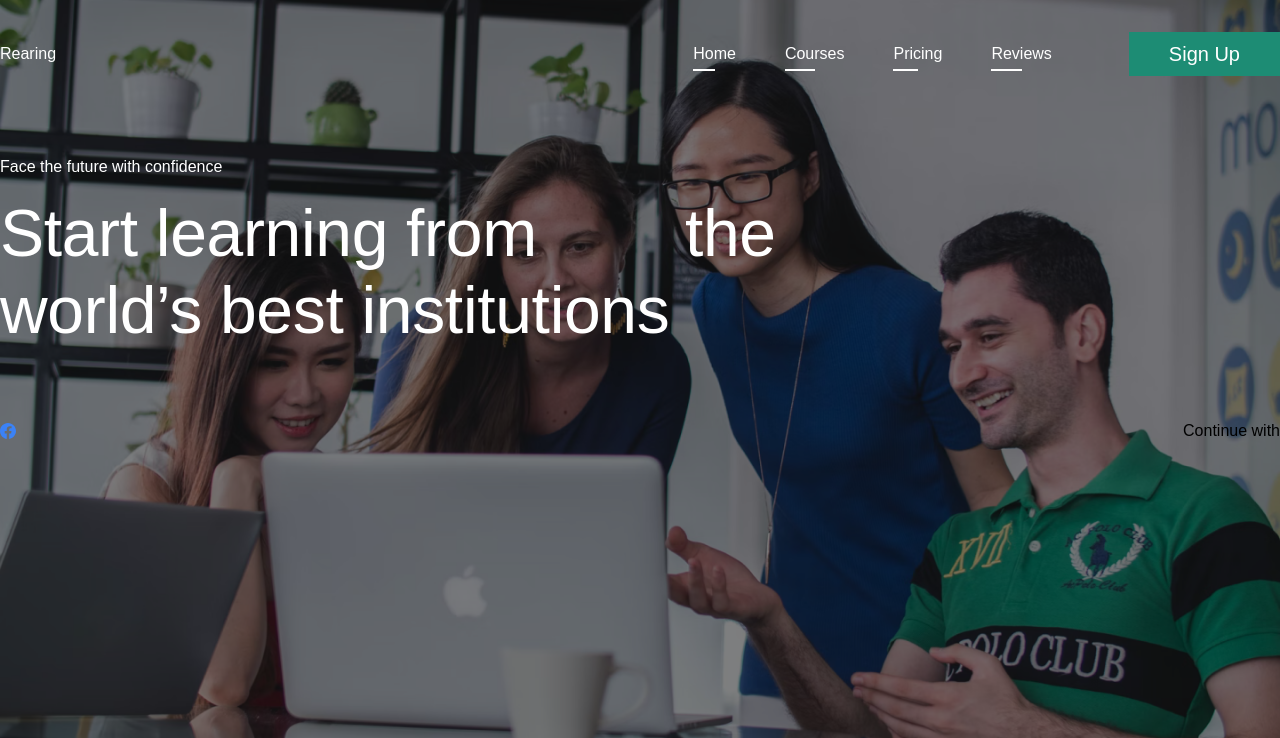
Repository: vandangnhathung/educationplatform
Page: /
These files come from the project's save history. The page is drawn as it stood at one moment and after the next save; the edit follows.
The browser window is 1280 px wide. The pictures show the whole page.
The project was rebuilt for these pictures with package versions that can differ from the ones it lists, and the page was loaded fresh each time.

Above is the page before, as saved 2022-06-20 23:24:25.

After the next save:
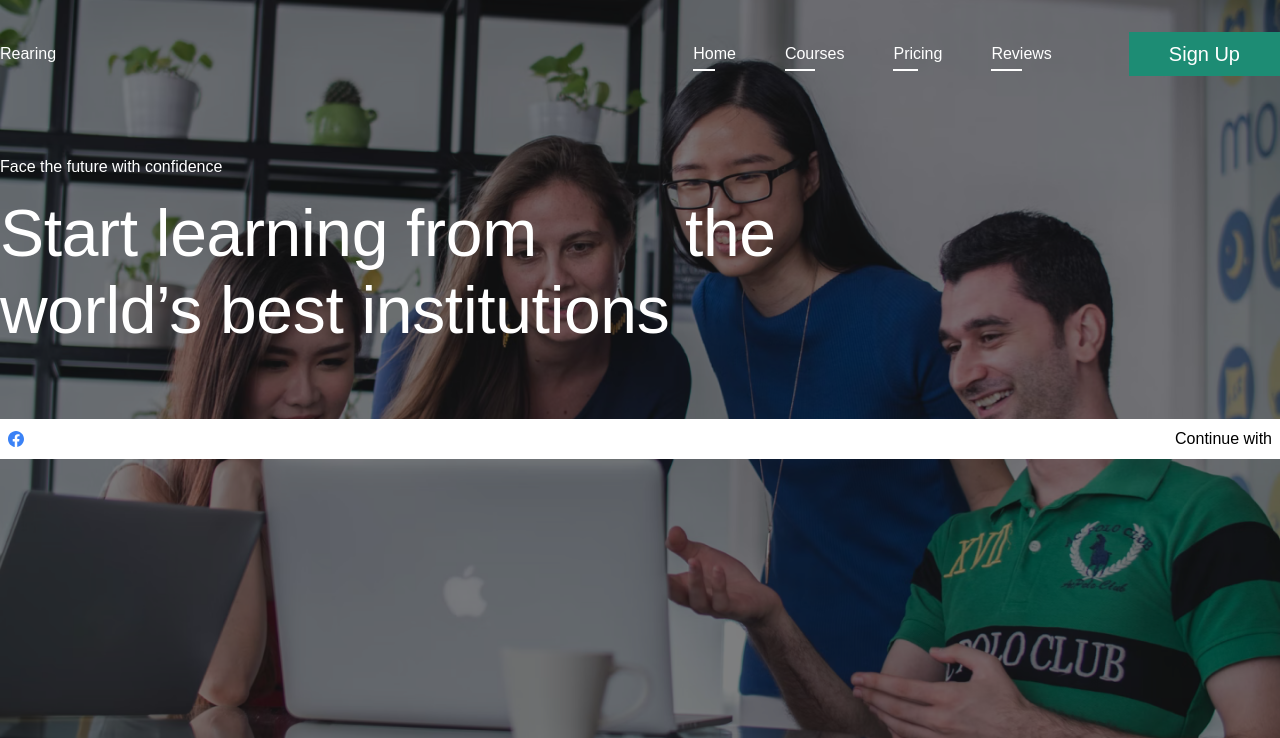
Saved 13 s later.
--- a/src/components/button/SignInSocial.js
+++ b/src/components/button/SignInSocial.js
@@ -6,6 +6,8 @@ const SignInSocialStyles = styled.div`
   display: flex;
   justify-content: space-between;
   align-items: center;
+  padding: 8px;
+  background-color: #fff;
 `;
 const SignInSocial = ({ name = "", icon = <BsFacebook></BsFacebook> }) => {
   return (
